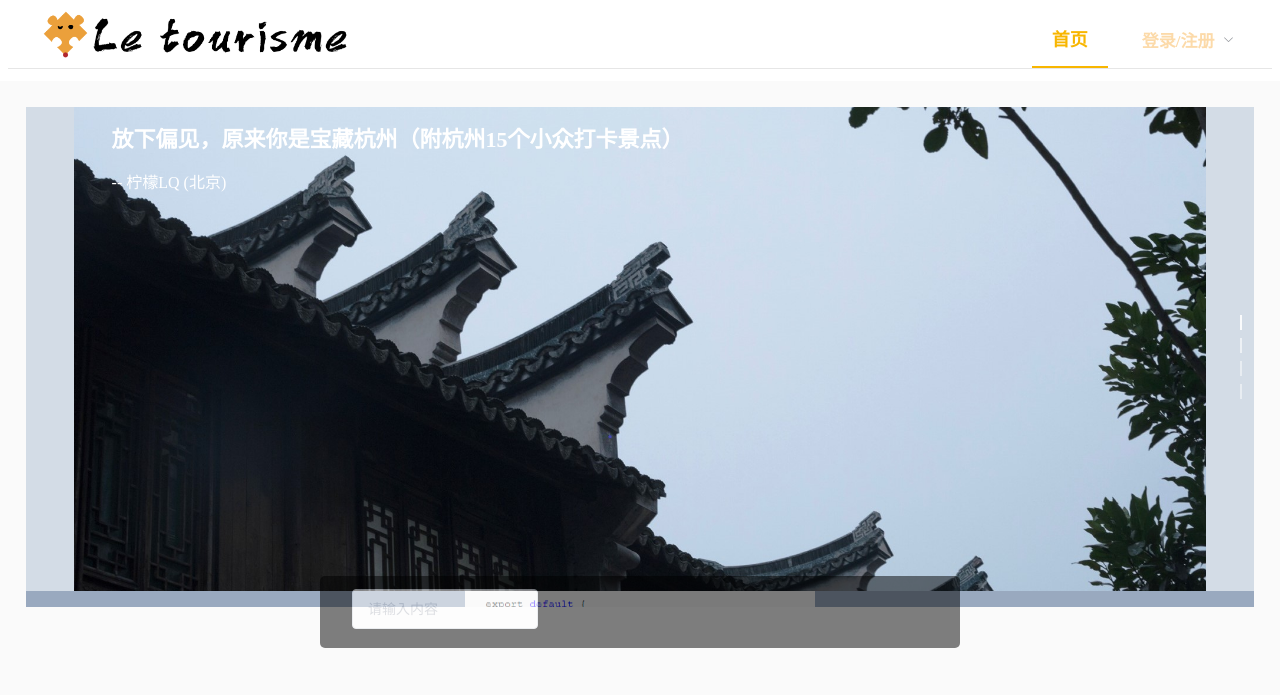
Repository: linxuerou0129/2020.08.31
Page: /
The author's editor kept a copy of each file at every save. The page is drawn from the files as they stood at one save, then again after a run of saves.
The browser window is 1280 px wide. The pictures show the whole page.
The page's requests for data from a server got no answer. The project was rebuilt for these pictures with package versions that can differ from the ones it lists, and the page was loaded fresh each time. No one was signed in, and anything a server would have sent is missing.

Above is the page before, as saved 2020-09-01 01:11:14.

After the next 2 saves:
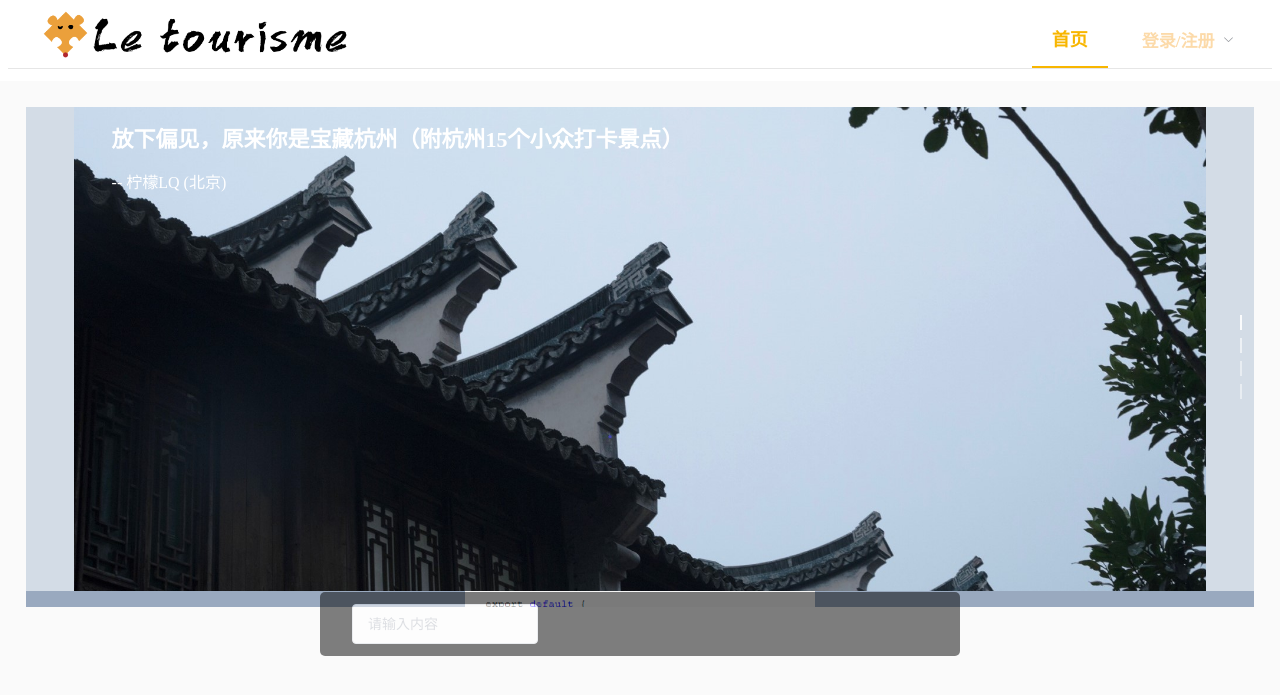
The 2 saves are shown as one change because they came seconds apart.
The last was saved 20 s later.
--- a/src/views/Home.vue
+++ b/src/views/Home.vue
@@ -47,7 +47,7 @@ export default {
   top: 18%;
 }
 .search{
-  position:fixed;
+  position: absolute;
   height: 10%;
   width: 50%;
   background-color: black;
